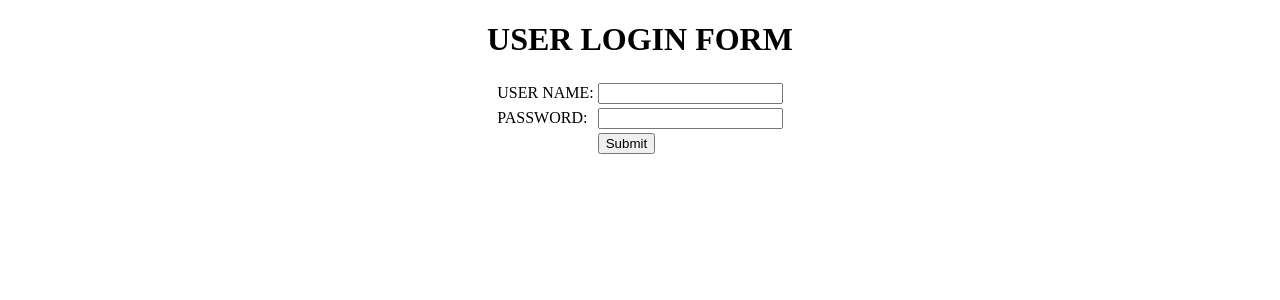
Repository: Karan0918/My-web-Project-
Page: http://localhost/LoginPage/login.jsp
The author's editor kept a copy of each file at every save. The page is drawn from the files as they stood at one save, then again after the next save.
The browser window is 1280 px wide. The pictures show the whole page.
The page is served by Tomcat 9.

Above is the page before, as saved 2021-02-04 00:34:55.

After the next save:
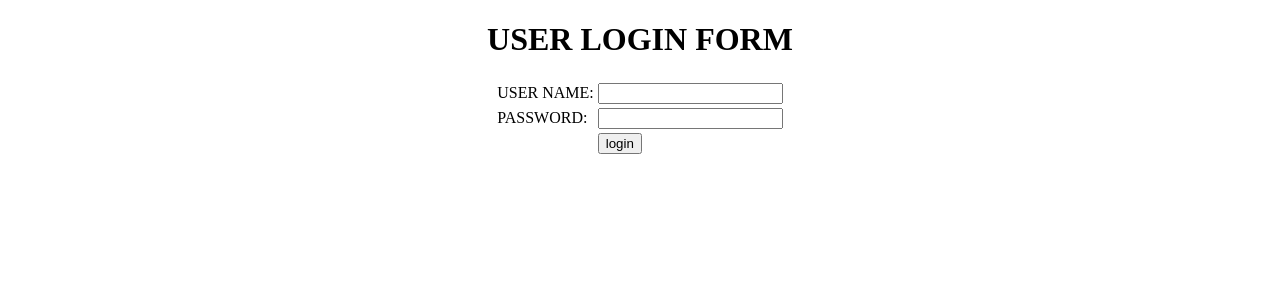
Saved 74 s later.
--- a/LoginPage/WebContent/login.jsp
+++ b/LoginPage/WebContent/login.jsp
@@ -13,7 +13,7 @@
 <table>
 <tr><td>USER NAME:</td><td> <input type="text" name="username"></td>
 <tr><td>PASSWORD:</td><td> <input type="password" name="username"></td>
-<tr><td></td><td> <input type="submit" name="login"></td>
+<tr><td></td><td> <input type="submit" value="login"></td>
 
 
 
